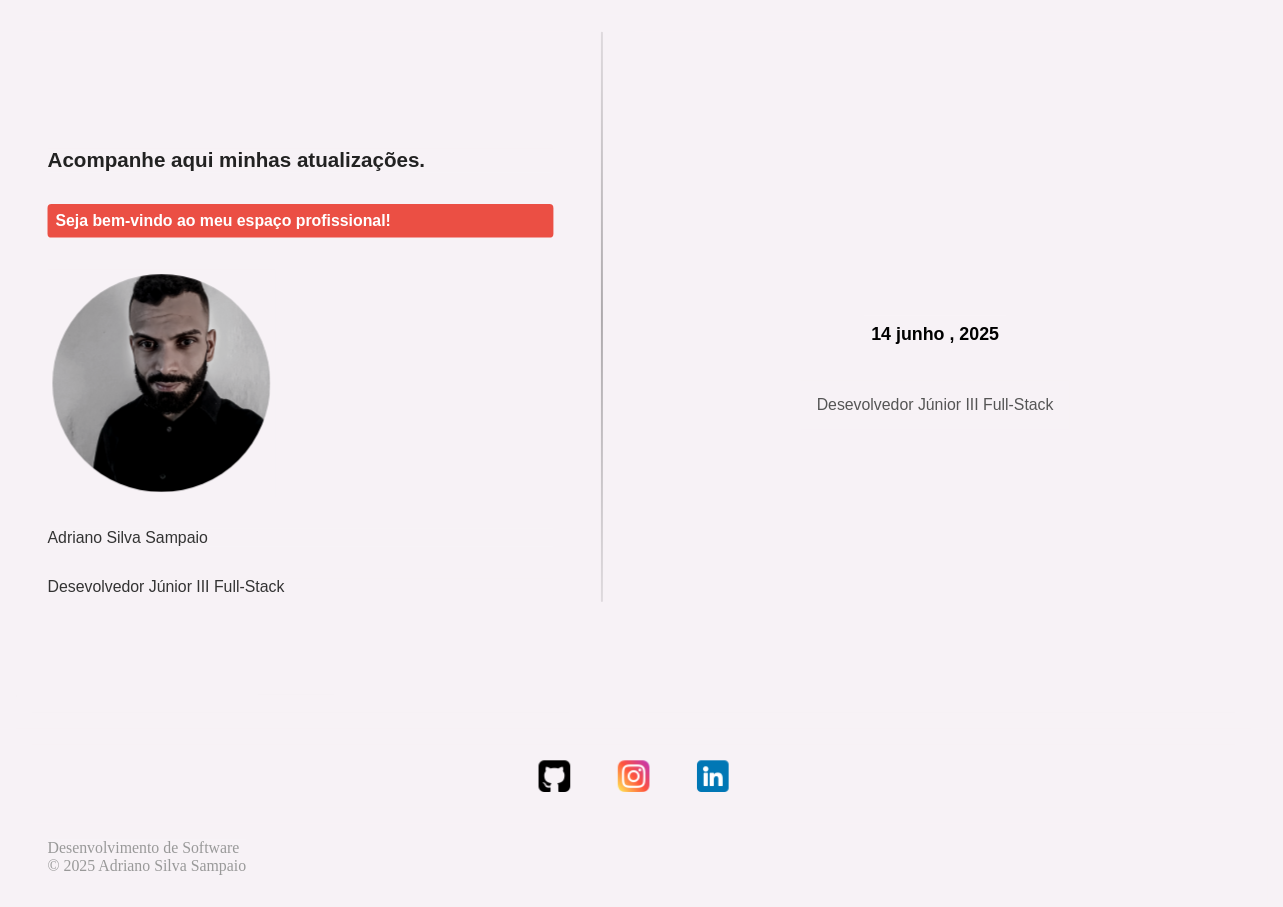
Repository: umdevadriano/portifolio2025
Page: /
These files come from the project's save history. The page is drawn as it stood at one moment and after the next save; the edit follows.
The browser window is 1280 px wide. The page is 1296 px wide, then 1280 px, then 1296 px, so the pictures cover 1296 px, including what lies to the right of the window. The pictures show the whole page, at 99% of full size.
The project was rebuilt for these pictures with package versions that can differ from the ones it lists, and the page was loaded fresh each time. Also part of the build but not shown: vite.config.ts.

Above is the page before, as saved 2025-06-22 19:33:26.

### index.html
<!doctype html>
<html lang="en">
  <head>
    <meta charset="UTF-8" />
    <!-- <link rel="icon" type="image/svg+xml" href="/vite.svg" /> -->
    <meta name="viewport" content="width=device-width, initial-scale=1.0" />
    <title>Adriano Silva Sampaio </title>
  </head>
  <body>
    <div id="root"></div>
    <script type="module" src="/src/main.tsx"></script>
  </body>
</html>

### src/App.tsx
import './App.css'
import ContainerPrincipal from './componentes/containerPrincipal/ContainerPrincipal'
function App() {
  return (
    <>
      <ContainerPrincipal/>
    </>
  )
}

export default App

### src/componentes/containerPrincipal/ContainerPrincipal.tsx
import styled, { createGlobalStyle } from 'styled-components';
import Body from '../Body/Body';
import Footer from '../Footer/Footer';
import RedesSociais from '../redesSociais/redesSociais';
import instagram from '../redesSociais/instagram.png';
import github from '../redesSociais/github.png';
import linkedin from '../redesSociais/linkedin.png';

const data = new Date();
const ano = data.getFullYear();
function ContainerPrincipal() {

  const icones = [github, instagram, linkedin];
  const GlobalStyle = createGlobalStyle`
    *, *::before, *::after {
    box-sizing: border-box;
    background-color: #f7f2f6;
    margin: 1rem;
  }

    html, body {
      margin: 0;
      padding: 0;
      overflow-x: hidden;
      width: 100%;
    }
  `;

  const Principal = styled.div`
    display: flex;
    justify-content: center;
    width: 100%;
    height: 100vh;
    font-family: 'Arial', sans-serif;
    overflow: hidden;
    margin: 0;
    padding: 0;

    @media (max-width: 768px) {
      display: flex;
      flex-direction: column;
      justify-items: center;
      justify-content: center;
      align-items: center;
    }
  `;

  return (
    <>
      <GlobalStyle />
      <Principal>
        <Body/>
      </Principal>
      <RedesSociais imagens={icones}/>
      <Footer>Desenvolvimento de Software<br />© {ano} Adriano Silva Sampaio</Footer>
    </>
  )
}
export default ContainerPrincipal

### src/componentes/Body/Body.tsx
import Principal from '../Principal/Principal';
import Title from '../Title/Title';
import Banner from '../Banner/Banner';
import ProfileWrapper from '../ProfileWrapper/ProfileWrapper';
import Profile from '../Profile/Profile';
import Role from '../Role/Role';
import Divider from '../Divider/Divider';
import RightSide from '../RightSide/RightSide';
import DateComponente from '../DateComponente/DateComponente';
import Description from '../Description/Description';
const data = new Date();
const dia = String(data.getDate()).padStart(2, '0');
const mes = data.toLocaleString('pt-BR', { month: 'long' });
const ano = data.getFullYear();

function Cabecalho() {
  return (
    <>
      <Principal>
        <Title>Acompanhe aqui minhas atualizações.</Title>
        <Banner>Seja bem-vindo ao meu espaço profissional!</Banner>
        <ProfileWrapper>
          <Profile/>
        </ProfileWrapper>
        <Role> Adriano Silva Sampaio</Role>
        <Role> Desevolvedor Júnior III Full-Stack </Role>
      </Principal>
      <Divider />
      <RightSide>
        <DateComponente>{dia}  {mes} , {ano} </DateComponente>
        <Description>
          Desevolvedor Júnior III Full-Stack
        </Description>
      </RightSide>
    </>
  )
}
export default Cabecalho

### src/componentes/Footer/Footer.tsx
import styled from 'styled-components';

type Props = {
  children: React.ReactNode;
};

function Footer({ children }: Props){

    const FooterP = styled.p`
        font-size: 1rem;
        color: #999;
        /* margin-top: auto; */
    `;
    const FooterDiv = styled.div`
       display: flex;
       justify-content: left;
       align-items: center;
    `;
    return (
        <>
            <FooterDiv>
                <FooterP>{children}</FooterP>
            </FooterDiv>
        </>
    )
}

export default Footer

### src/componentes/redesSociais/redesSociais.tsx
import styled from 'styled-components';

type Props = {
  imagens: string[];
};

const RedesSociaisDiv = styled.div`
  flex: 1;
  display: flex;
  justify-content: center;
  align-items: center;
  gap: 16px;

  img {
    width: 2rem;
    height:2rem;
    object-fit: contain;
  }
`;

function RedesSociais({ imagens }: Props) {
  return (
    <RedesSociaisDiv>
      {imagens.map((src, index) => (
        <img key={index} src={src} alt={`Ícone ${index + 1}`} />
      ))}
    </RedesSociaisDiv>
  );
}

export default RedesSociais;

### src/componentes/Principal/Principal.tsx
import styled from 'styled-components';

type Props = {
  children: React.ReactNode;
};

function Principal({ children }: Props){

    const Principal_div = styled.div`
        flex: 1;
        display: flex;
        flex-direction: column;
        justify-content: center;
    `;
    return (
        <>
        <Principal_div>  {children}</Principal_div>
        </>
    )
}

export default Principal

### src/componentes/Title/Title.tsx
import styled from 'styled-components';

type Props = {
  children: React.ReactNode;
};

function Title({ children }: Props){

    const TitleH2 = styled.h2`
        font-size: 1.3rem;
        margin-bottom: 1rem;
        color: #222;

        @media (max-width: 768px) {
          margin-top: 5rem;
        }
  `;
    return (
        <>
        <TitleH2>{children}</TitleH2>
        </>
    )
}

export default Title

### src/componentes/Banner/Banner.tsx
import styled from 'styled-components';

type Props = {
  children: React.ReactNode;
};

function Banner({ children }: Props){

    const BannerDiv = styled.div`
        background-color: #eb4f44;
        color: white;
        padding: 0.5rem;
        font-weight: bold;
        font-size: 16px;
        display: inline-block;
        border-radius: 4px;
    `;
    return (
        <>
        <BannerDiv>{children}</BannerDiv>
        </>
    )
}

export default Banner

### src/componentes/ProfileWrapper/ProfileWrapper.tsx
import styled from 'styled-components';

type Props = {
  children: React.ReactNode;
};

function ProfileWrapper({ children }: Props){

  // Wrapper da imagem com efeito de borda girando
  const ProfileWrapperDiv = styled.div`
    position: relative;
    width: 230px;
    height: 230px;
    display: flex;
    align-items: center;
    margin-top:1rem;
    justify-content: center;
  `;

    return (
        <>
        <ProfileWrapperDiv>{children}</ProfileWrapperDiv>
        </>
    )
}

export default ProfileWrapper

### src/componentes/Profile/Profile.tsx
import styled from 'styled-components';
import foto from '../assets/foto2.png'

function Profile(){

    const ProfileImg = styled.img`
        width: 220px;
        height: 220px;
        border-radius: 50%;
        object-fit: cover;
        background-color: white;
        z-index: 1;
        filter: grayscale(60%) contrast(110%);
        @media (max-width: 768px) {
            width: 200px;
            height: 200px;
        }
        @media (max-width: 480px) {
            width: 200px;
            height: 200px;
        }
    `;
    return (
        <>
        <ProfileImg src={foto} alt="Foto de perfil"></ProfileImg>
        </>
    )
}

export default Profile

### src/componentes/Role/Role.tsx
import styled from 'styled-components';

type Props = {
  children: React.ReactNode;
};

function Role({ children }: Props){
    const RoleP = styled.p`
        font-size: 16px;
        font-weight: 500;
        color: #333;
    `;
    return (
        <>
        <RoleP>{children}</RoleP>
        </>
    )
}
export default Role

### src/componentes/Divider/Divider.tsx
import styled from 'styled-components';

function Divider(){

    const DividerDiv = styled.div`
        width: 2px;
        height: 80%;
        background: linear-gradient(
            to bottom,
            rgba(0, 0, 0, 0.1),
            rgba(0, 0, 0, 0.3),
            rgba(0, 0, 0, 0.1)
        );
        border-radius: 1px;
        position: relative;
        overflow: hidden;
        &::after {
            content: "";
            position: absolute;
            top: 0;
            left: 0;
            width: 100%;
            height: 100%;
            background: linear-gradient(
                to bottom,
                transparent 40%,
                rgba(255, 255, 255, 0.7) 50%,
                transparent 60%
            );
                animation: shine 3.8s linear infinite;
                pointer-events: none;
         }

        @keyframes shine {
            0% {
            transform: translateY(-100%);
            }
            100% {
            transform: translateY(100%);
            }
        }
    `;
    return (
        <>
        <DividerDiv></DividerDiv>
        </>
    )
}

export default Divider

### src/componentes/RightSide/RightSide.tsx
import styled from 'styled-components';
type Props = {
  children: React.ReactNode;
};

function RightSide({ children }: Props){
    const RightSideDiv = styled.div`
        flex: 1;
        padding: 32px;
        display: flex;
        flex-direction: column;
        justify-content: center;
        align-items: center;
    `;

    return (
        <>
        <RightSideDiv>{children}</RightSideDiv>
        </>
    )
}

export default RightSide

### src/componentes/DateComponente/DateComponente.tsx
import styled from 'styled-components';
type Props = {
  children: React.ReactNode;
};
function Date({ children }: Props){
    const DateP = styled.p`
        font-size: 18px;
        font-weight: bold;
        margin-bottom: 12px;
        padding: 0.5rem;
    `;
    return (
        <>
        <DateP>{children}</DateP>
        </>
    )
}
export default Date

### src/componentes/Description/Description.tsx
import styled from 'styled-components';
type Props = {
  children: React.ReactNode;
};
function Description({ children }: Props){
const DescriptionP = styled.p`
  font-size: 16px;
  color: #555;
  /* position: relative; */

  &::after {
    content: "";
    position: absolute;
    left: 0;
    bottom: 0;
    width: 100%;
    height: 2px;
    border-radius: 1px;
    overflow: hidden;
  }

  &::before {
    content: "";
    position: absolute;
    left: 0;
    bottom: 0;
    width: 9%;
    height: 2px;
       background: linear-gradient(
      to right,
      rgba(0, 0, 0, 0.1),
      rgba(0, 0, 0, 0.3),
      rgba(0, 0, 0, 0.1)
    );
    animation: shine 5.5s linear infinite alternate;
    border-radius: 1px;
    pointer-events: none;
  }

  @keyframes shine {
    0% {
      transform: translateX(-10%);
    }
    100% {
      transform: translateX(200%);
    }
  }
`;
const DescriptionDiv = styled.div`
  display: flex;
  justify-content: center;
`;
    return (
        <>
          <DescriptionDiv>
            <DescriptionP>{children}</DescriptionP>
          </DescriptionDiv>
        </>
    )
}
export default Description

Loaded but not shown: src/main.tsx (common file); src/App.css (no stored copy; drawn as an empty file); src/index.css (no stored copy; drawn as an empty file)

After the next save:
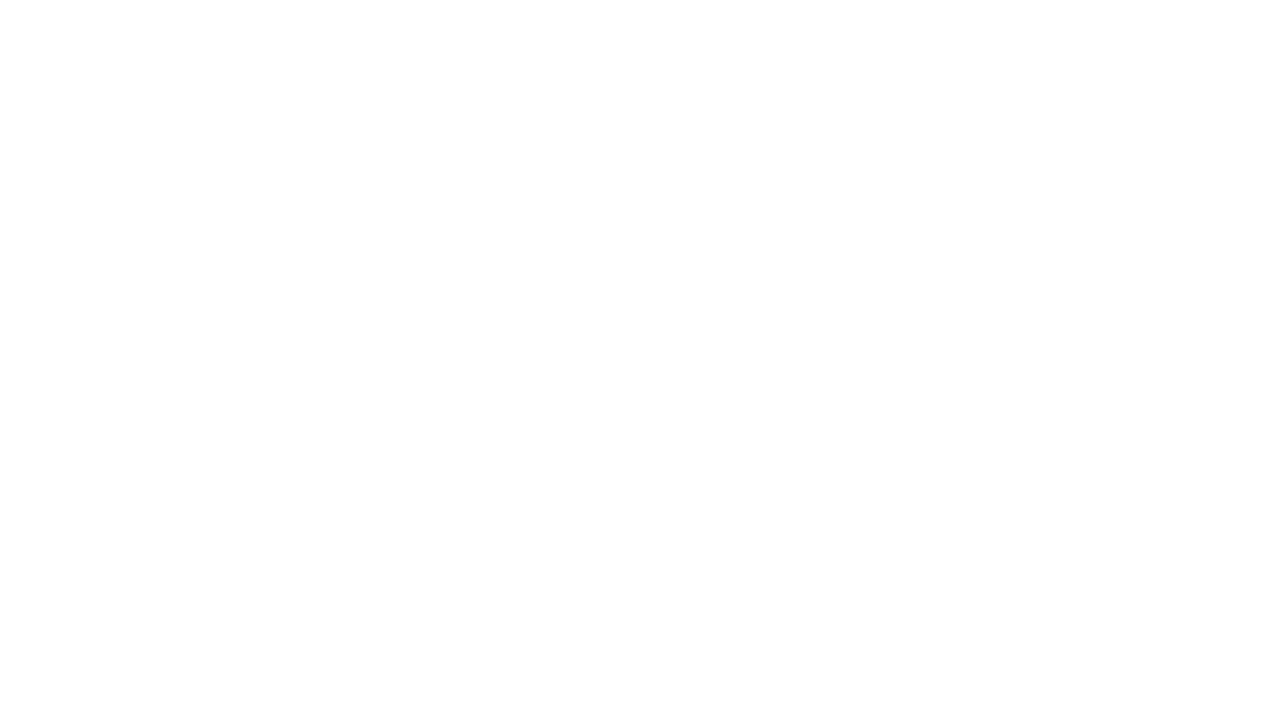
Console error: TypeError: Cannot read properties of undefined (reading 'map')
Saved 67 s later.
--- a/src/componentes/redesSociais/redesSociais.tsx
+++ b/src/componentes/redesSociais/redesSociais.tsx
@@ -1,7 +1,12 @@
 import styled from 'styled-components';
 
+type RedeSocial = {
+  src: string;
+  link: string;
+};
+
 type Props = {
-  imagens: string[];
+  redes: RedeSocial[];
 };
 
 const RedesSociaisDiv = styled.div`
@@ -13,16 +18,28 @@ const RedesSociaisDiv = styled.div`
 
   img {
     width: 2rem;
-    height:2rem;
+    height: 2rem;
     object-fit: contain;
+    transition: transform 0.2s;
+  }
+
+  a:hover img {
+    transform: scale(1.1);
   }
 `;
 
-function RedesSociais({ imagens }: Props) {
+function RedesSociais({ redes }: Props) {
   return (
     <RedesSociaisDiv>
-      {imagens.map((src, index) => (
-        <img key={index} src={src} alt={`Ícone ${index + 1}`} />
+      {redes.map((rede, index) => (
+        <a
+          key={index}
+          href={rede.link}
+          target="_blank"
+          rel="noopener noreferrer"
+        >
+          <img src={rede.src} alt={`Ícone ${index + 1}`} />
+        </a>
       ))}
     </RedesSociaisDiv>
   );

After the 2 saves that followed:
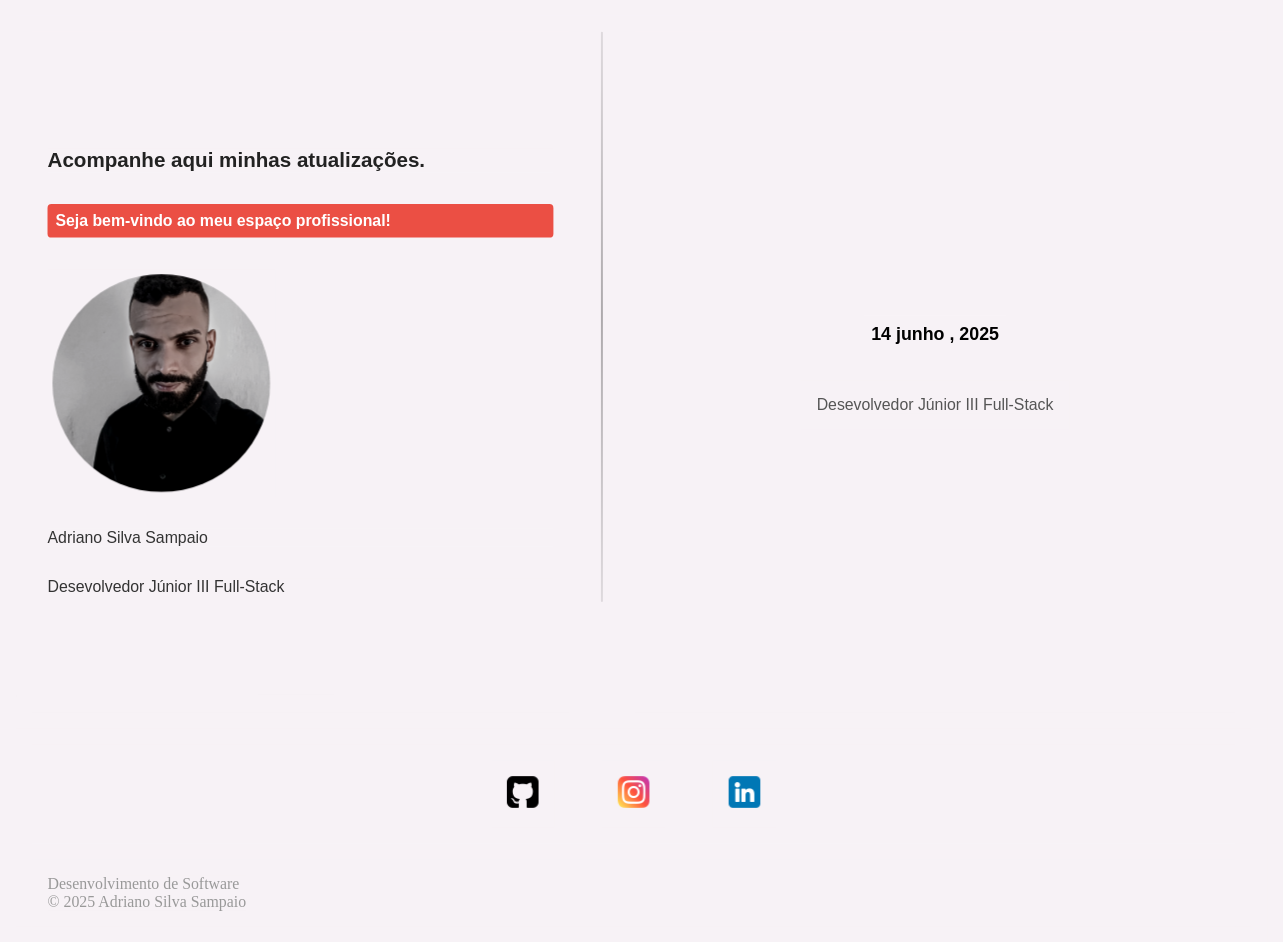
The error is gone.
The 2 saves are shown as one change because 1 left the picture as it was.
The last was saved 2 min 2 s later.
--- a/src/componentes/containerPrincipal/ContainerPrincipal.tsx
+++ b/src/componentes/containerPrincipal/ContainerPrincipal.tsx
@@ -10,7 +10,11 @@ const data = new Date();
 const ano = data.getFullYear();
 function ContainerPrincipal() {
 
-  const icones = [github, instagram, linkedin];
+  const redes = [
+    { src: github, link: 'https://github.com/seuperfil' },
+    { src: instagram, link: 'https://instagram.com/seuperfil' },
+    { src: linkedin, link: 'https://linkedin.com/in/seuperfil' }
+  ];
   const GlobalStyle = createGlobalStyle`
     *, *::before, *::after {
     box-sizing: border-box;
@@ -43,15 +47,16 @@ function ContainerPrincipal() {
       justify-content: center;
       align-items: center;
     }
+
+
   `;
-
   return (
     <>
       <GlobalStyle />
       <Principal>
         <Body/>
       </Principal>
-      <RedesSociais imagens={icones}/>
+      <RedesSociais redes={redes}/>
       <Footer>Desenvolvimento de Software<br />© {ano} Adriano Silva Sampaio</Footer>
     </>
   )
